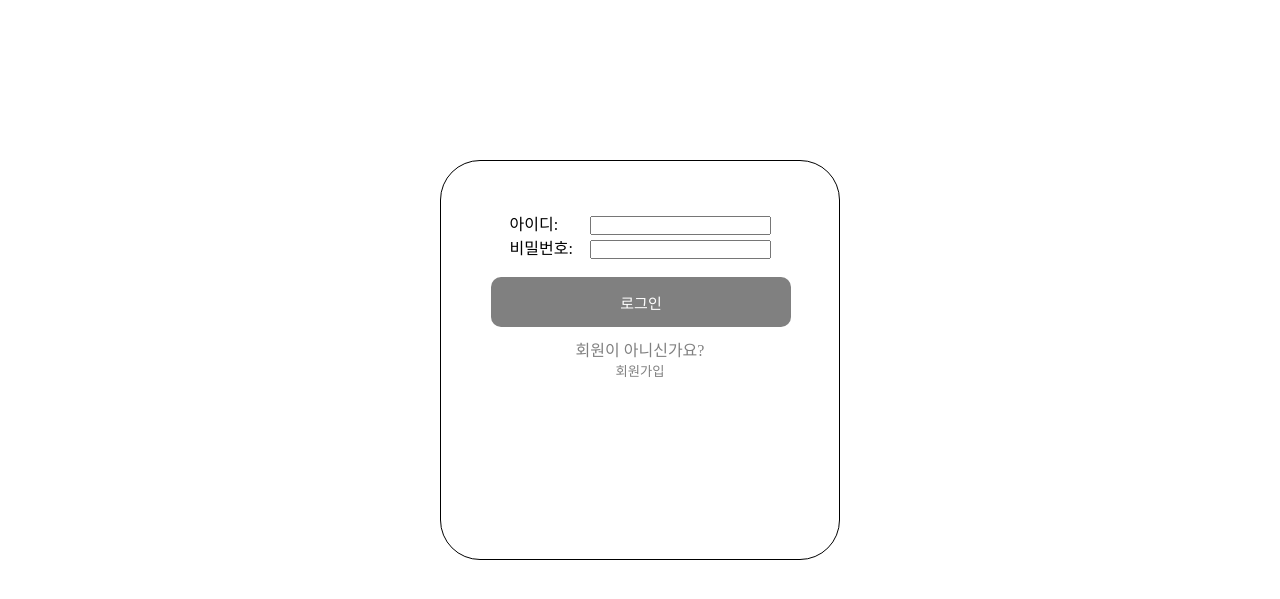
Repository: KGH1125/jsp_project
Page: http://localhost/jsp_project4/
An editor plug-in stored every save of this project. The page is shown before and after the next save, followed by the edit.
The browser window is 1280 px wide. The pictures show the whole page.
The page is served by Tomcat 9.

Above is the page before, as saved 2023-05-30 01:53:08.

After the next save:
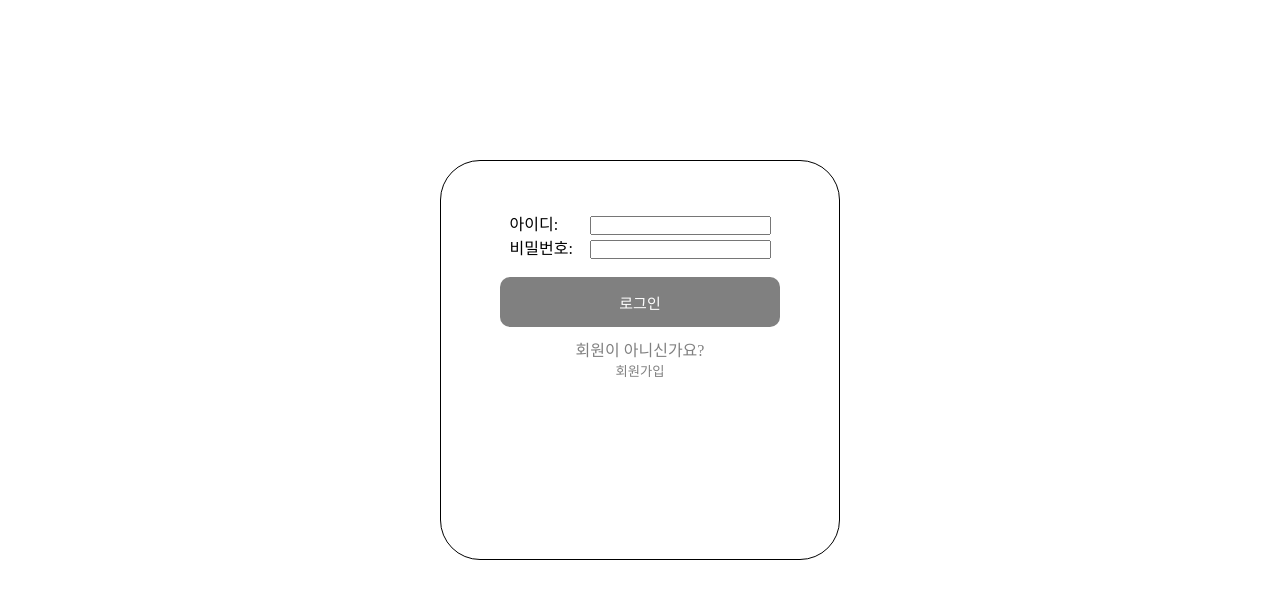
Saved 8 s later.
--- a/jsp_project4/jsp_project4/src/main/webapp/main.jsp
+++ b/jsp_project4/jsp_project4/src/main/webapp/main.jsp
@@ -32,7 +32,7 @@
 }
 
 .loginbtn {
-	width: 300px;
+	width: 280px;
 	height: 50px;
 	color: white;
 	background-color: gray;
